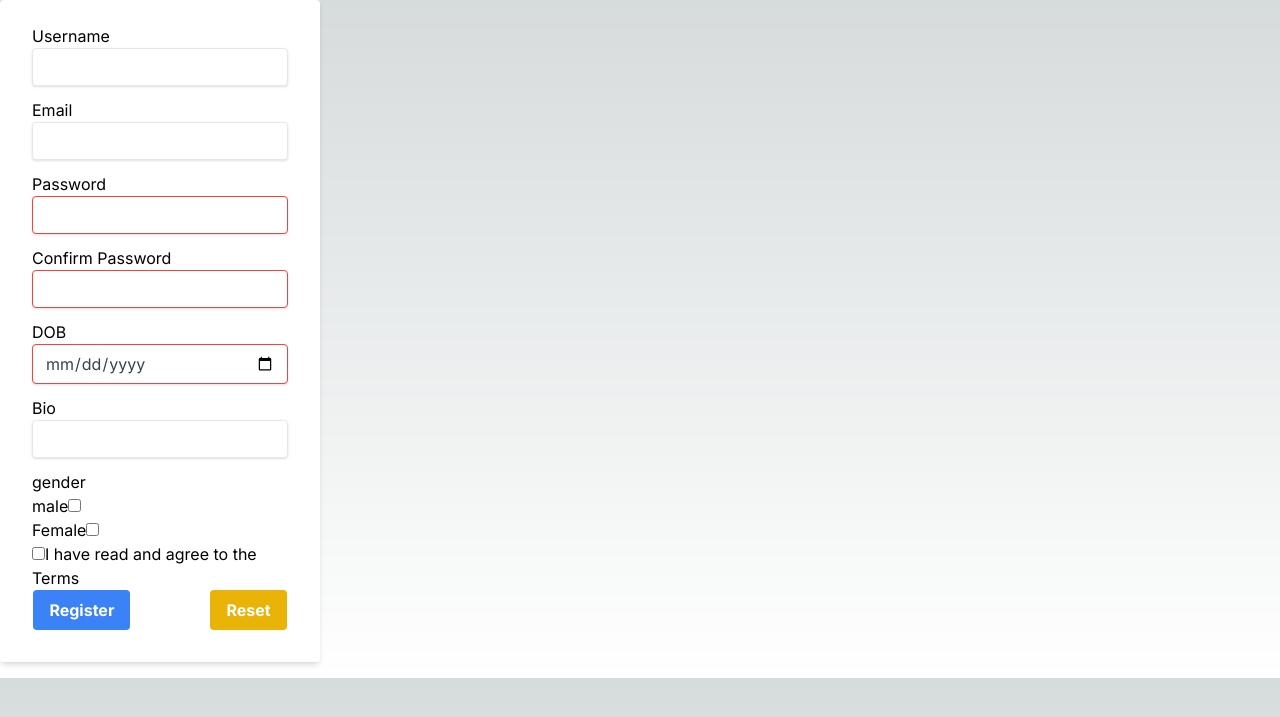
Repository: uh-sman/tiktok-card
Page: /
These files come from the project's save history. The page is drawn as it stood at one moment and after the next save; the edit follows.
The browser window is 1280 px wide. The pictures show the whole page.
The project was rebuilt for these pictures with package versions that can differ from the ones it lists, and the page was loaded fresh each time. The framework's server and built-in components were replaced by stand-ins that run in the browser. Also part of the build but not shown: next.config.js.

Above is the page before, as saved 2023-12-19 14:19:45.

After the next save:
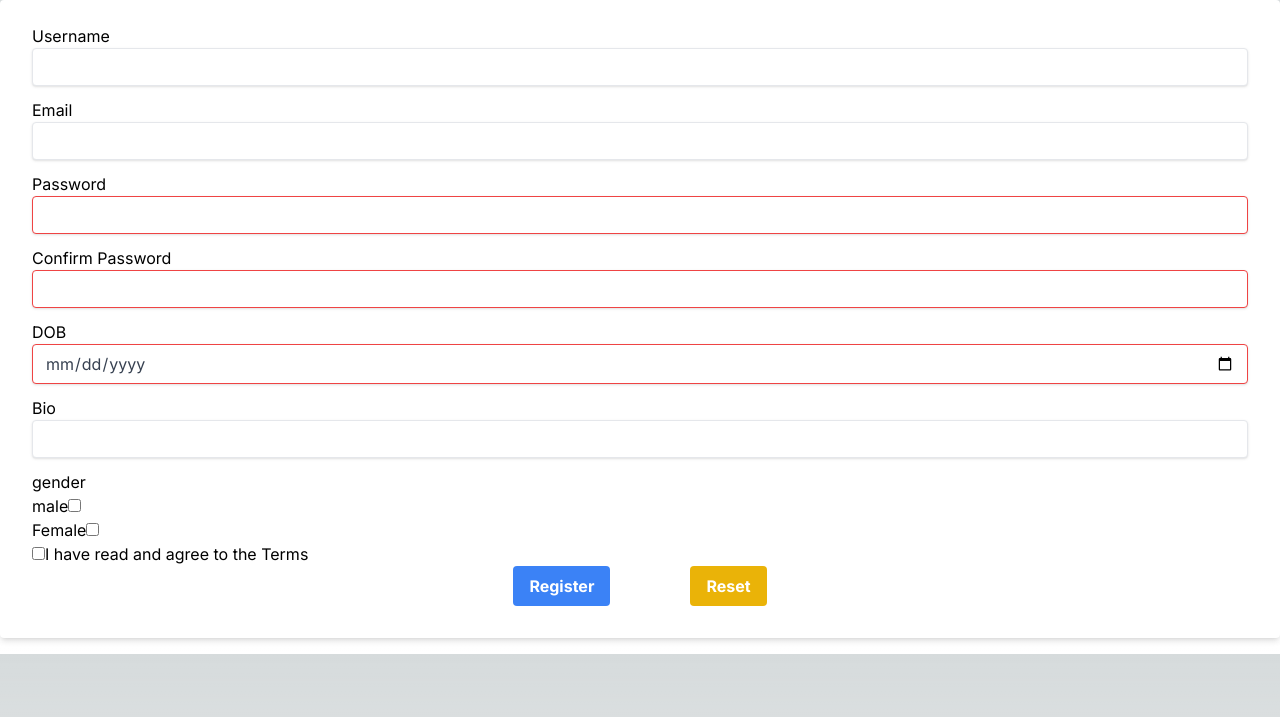
Saved 24 s later.
--- a/app/components/AuthForm.tsx
+++ b/app/components/AuthForm.tsx
@@ -20,7 +20,7 @@ const AuthForm: React.FC = () => {
         console.log(data)
     }
     return (
-        <div className="w-full max-w-xs">
+        <div className="w-full max-w-xxl">
         <form className="bg-white shadow-md rounded px-8 pt-6 pb-8 mb-4" onSubmit={handleSubmit(onSubmit)}>
           <div className="flex flex-col">
             <label>Username</label>
